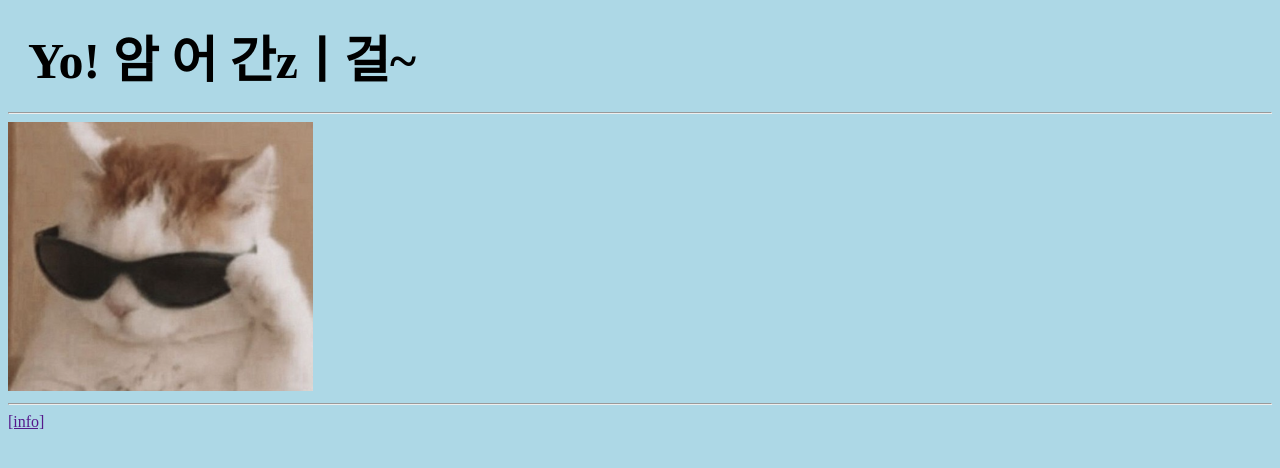
Repository: tjfgk97/sts3
Page: http://localhost/spring-first/hi
An editor plug-in stored every save of this project. The page is shown before and after the next save, followed by the edit.
The browser window is 1280 px wide. The pictures show the whole page.
The page is served by Tomcat 9.

Above is the page before, as saved 2024-02-01 07:04:00.

After the next save:
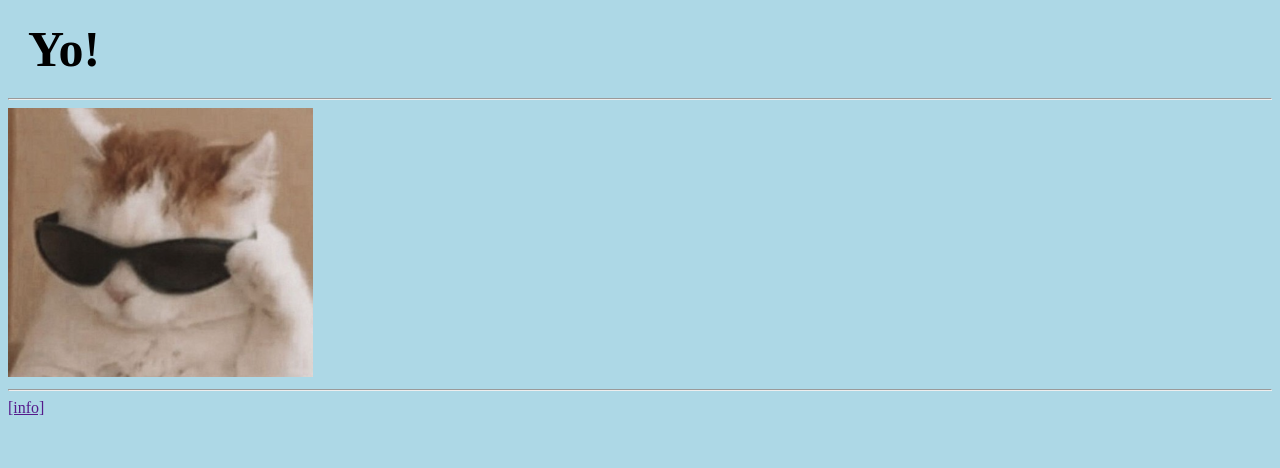
Saved 5 s later.
--- a/spring-first/src/main/webapp/WEB-INF/views/intro.jsp
+++ b/spring-first/src/main/webapp/WEB-INF/views/intro.jsp
@@ -10,7 +10,7 @@
 </style>
 </head>
 <body>
-	<p>Yo! 암 어 간zㅣ걸~</p>
+	<p>Yo!</p>
 	<hr>
 	<img alt="" src="resources/images/ganzi.png">
 	<hr>
